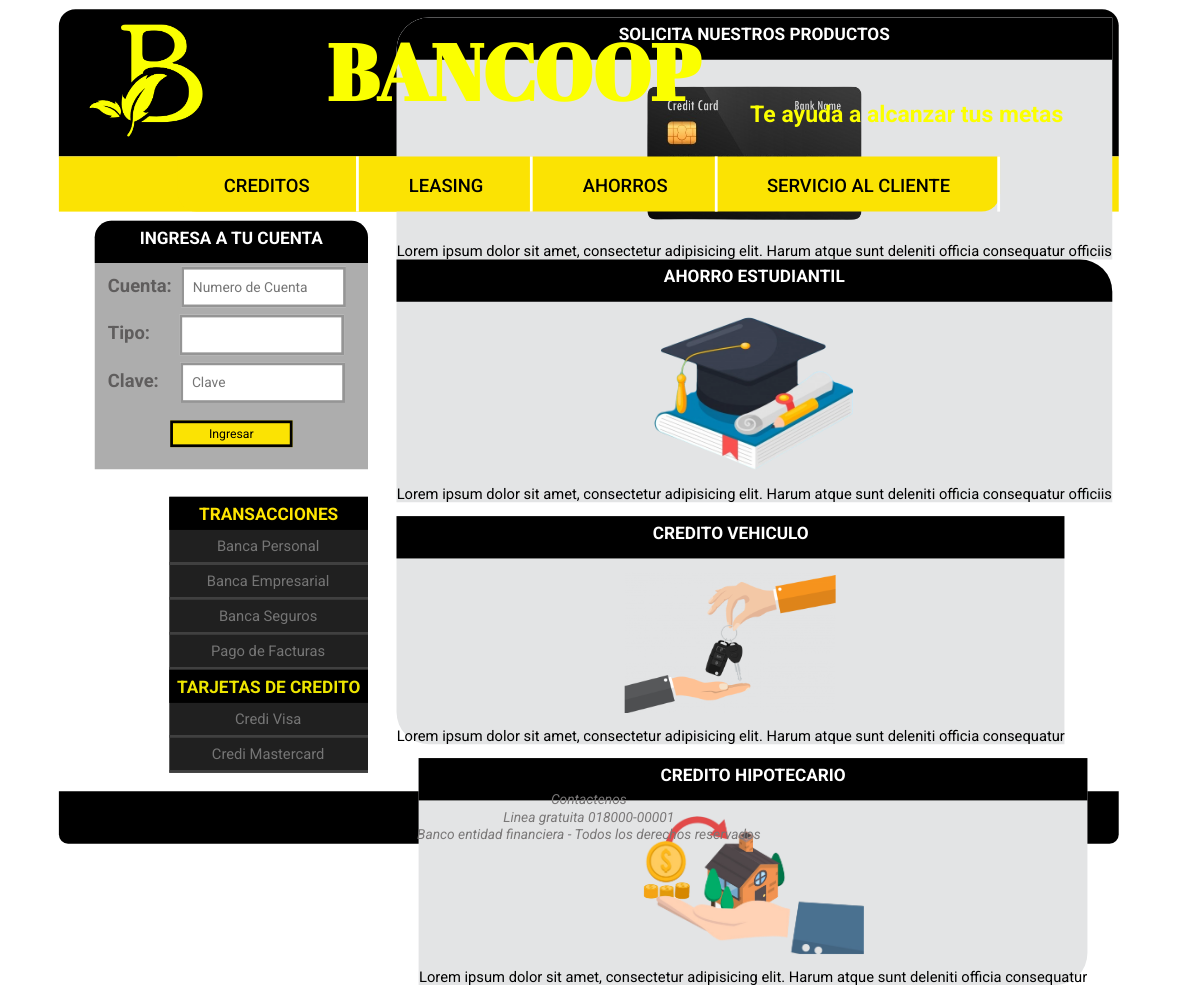
Repository: NickArregoces/BANCOOP
Page: Index.html
These files come from the project's save history. The page is drawn as it stood at one moment and after the next save; the edit follows.
The browser window is 1280 px wide. The pictures show the whole page, at 92% of full size.

Above is the page before, as saved 2021-10-15 10:48:41.

After the next save:
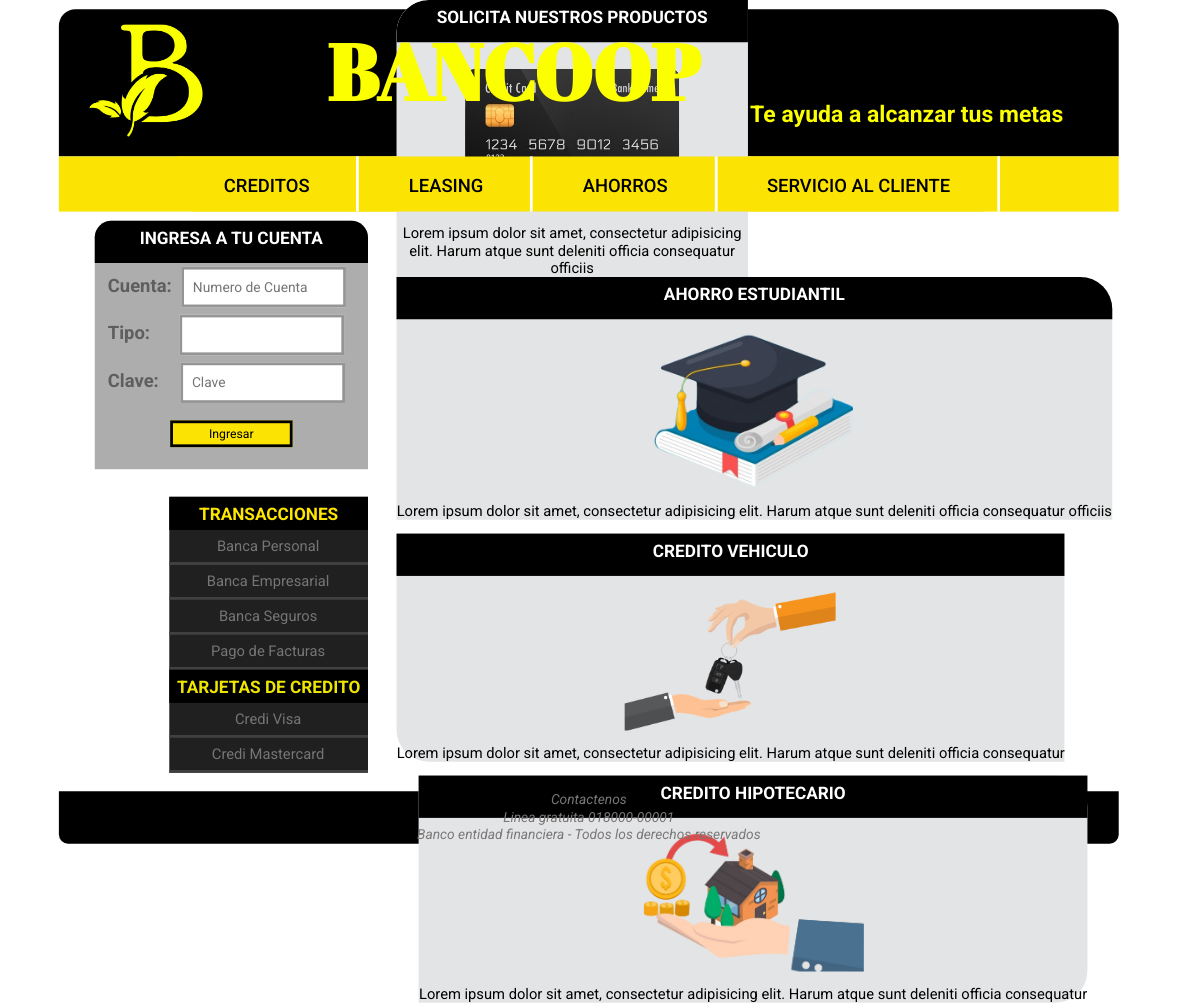
Saved 7 s later.
--- a/CSS/Style.css
+++ b/CSS/Style.css
@@ -203,7 +203,8 @@ aside{
     align-content: center;
 }
     div.solicita{
-
+        width: 48%;
+        float: right;
         border-top-left-radius: 35px;
         margin-left: 10px;
         background: #e3e4e5;
